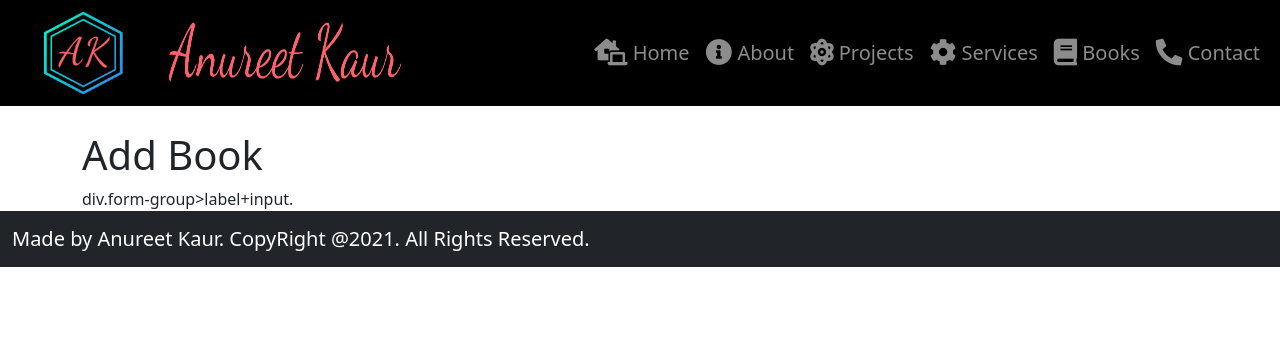
Repository: Anureet23/Portfolio_Authentication
Page: http://localhost/book-list/add
An editor plug-in stored every save of this project. The page is shown before and after the next save, followed by the edit.
The browser window is 1280 px wide. The pictures show the whole page.
The page is served by the project's Node server (server.js).

Above is the page before, as saved 2021-06-16 19:41:16.

After the next save:
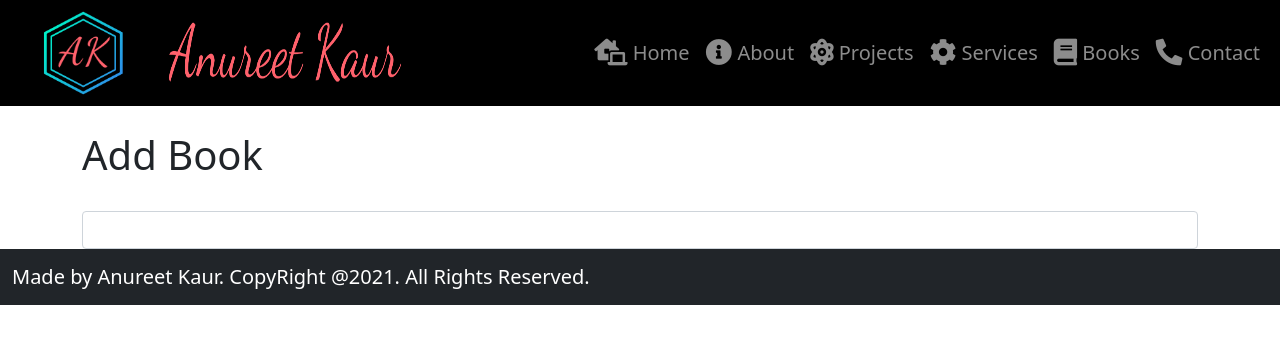
Saved 4 s later.
--- a/server/views/book/add.ejs
+++ b/server/views/book/add.ejs
@@ -12,7 +12,7 @@
         <h1><%= title%></h1>
 
         <form class>
-div.form-group>label+input.
+<div class="form-group"><label for=""></label><input type="text" class="form-control"></div>
         </form>
     </div>
 </div>
